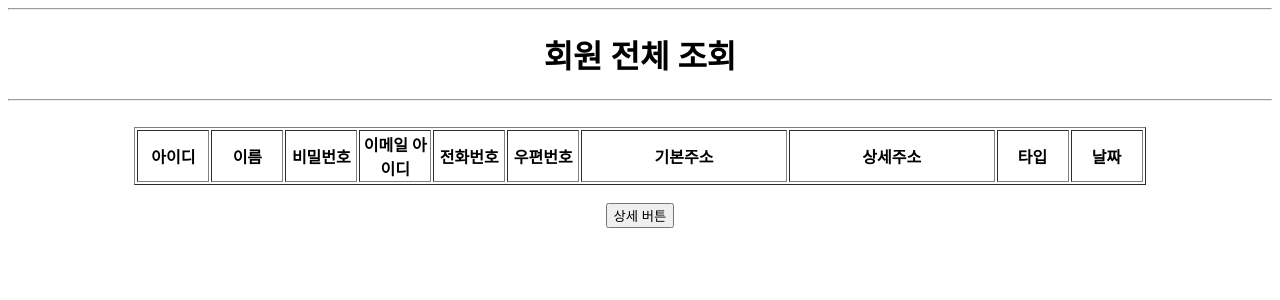
Repository: skim24245/web_workspace_src
Page: http://localhost/Mission-Web/jsp/member/memberlist.jsp
The author's editor kept a copy of each file at every save. The page is drawn from the files as they stood at one save, then again after the next save.
The browser window is 1280 px wide. The pictures show the whole page.
The page is served by Tomcat 9. Other server files are loaded and not shown. Queries for data that is not in the repository find no rows.

Above is the page before, as saved 2022-06-09 07:09:25.

### Mission-Web/src/main/webapp/jsp/member/memberlist.jsp

<%@page import="kr.ac.kopo.member.vo.MemberVO"%>
<%@page import="java.util.List"%>
<%@page import="kr.ac.kopo.member.dao.MemberDAO"%>
<%@page import="kr.ac.kopo.util.JDBCClose"%>
<%@page import="java.sql.ResultSet"%>
<%@page import="java.sql.PreparedStatement"%>
<%@page import="java.sql.Connection"%>
<%@page import="kr.ac.kopo.util.ConnectionFactory"%>
<%@ page language="java" contentType="text/html; charset=UTF-8"
	pageEncoding="UTF-8"%>
<%@taglib prefix="c" uri="http://java.sun.com/jsp/jstl/core" %>

<%--
작업 순서
1. t_member 테이블에서 전체게시글 조회
2. 조회된 게시물을 하나씩 웹브라우저 출력
--%>


<%
MemberDAO dao = new MemberDAO();
List<MemberVO> list = dao.selectAll();
pageContext.setAttribute("list",list);
%>



<!DOCTYPE html>
<html>
<head>
<meta charset="UTF-8">
<title>회원 조회</title>
<script src="/Mission-Web/resource/js/jquery-3.6.0.min.js"></script>
<script>
</script>
</head>
<!-- http://localhost9999/Mission-Web/jsp/board/list.jsp -->
<body>

	<div align="center">
		<hr>
		<h1>회원 전체 조회</h1>
		<hr>
		<br>
		<table border="1" style="width: 80%">
			<tr>
				<th width="7%">아이디</td>
				<th width="7%">이름</th>
				<th width="7%">비밀번호</th>
				<th width="7%">이메일 아이디</th>
				<th width="7%">전화번호</th>
				<th width="7%">우편번호</th>
				<th width="20%">기본주소</th>
				<th width="20%">상세주소</th>
				<th width="7%">타입</th>
				<th width="7%">날짜</th>
			</tr>

			<c:forEach items="${list}" var="member">
			<tr>
			<td><c:out value="${member.id}"/></td>
			<td><c:out value="${member.name }"/></td>
			<td><c:out value="${member.password }"/></td>
			<td><c:out value="${member.email_id }"/></td>
			<td><c:out value="${member.tel1}- ${member.tel2}-${member.tel3}"/></td>
			<td><c:out value="${member.post}"/></td>
			<td><c:out value="${member.basic_addr }"/></td>
			<td><c:out value="${member.detail_addr }"/></td>
			<td><c:out value="${member.type}"/></td>
			<td><c:out value="${member.reg_date}"/></td>
			</tr>

			</c:forEach>


		</table>
		<br>
		<button id="detailBtn">상세   버튼</button>

	</div>


</body>
</html>

### Mission-Web/src/main/java/kr/ac/kopo/member/dao/MemberDAO.java
package kr.ac.kopo.member.dao;

import java.sql.Connection;
import java.sql.PreparedStatement;
import java.sql.ResultSet;
import java.util.ArrayList;
import java.util.List;
import kr.ac.kopo.member.vo.MemberVO;
import kr.ac.kopo.util.ConnectionFactory;
import kr.ac.kopo.util.JDBCClose;

public class MemberDAO {



	//회원 조회
	public List<MemberVO> selectAll(){

		List<MemberVO> list = new ArrayList<MemberVO>();
		Connection conn = null;
		PreparedStatement pstmt = null;


	try {
		conn = new ConnectionFactory().getConnection();
		StringBuilder sql = new StringBuilder();
		sql.append("SELECT ID, NAME , PASSWORD, EMAIL_ID, TEL1,TEL2,TEL3,POST,BASIC_ADDR,DETAIL_ADDR, TYPE, TO_CHAR(reg_date, 'yyyy-mm-dd')as reg_date ");
		sql.append(" from T_MEMBER ");
		sql.append(" order by ID desc");
		pstmt = conn.prepareStatement(sql.toString());

		ResultSet rs = pstmt.executeQuery();


		while(rs.next()){
			String id = rs.getString("ID");
			String name = rs.getString("NAME");
			String password =rs.getString("PASSWORD");
			String email_id =rs.getString("EMAIL_ID");
			String tel1 = rs.getString("TEL1");
			String tel2 =rs.getString("TEL2");
			String tel3 =rs.getString("TEL3");
			String post =rs.getString("POST");
			String basic_addr =rs.getString("BASIC_ADDR");
			String detail_addr=rs.getString("DETAIL_ADDR");
			String type=rs.getString("TYPE");
			String reg_date = rs.getString("reg_date");


			MemberVO member = new MemberVO();
			member.setId(id);
			member.setName(name);
			member.setPassword(password);
			member.setEmail_id(email_id);
			member.setTel1(tel1);
			member.setTel2(tel2);
			member.setTel3(tel3);
			member.setPost(post);
			member.setBasic_addr(basic_addr);
			member.setDetail_addr(detail_addr);
			member.setType(type);
			member.setReg_date(reg_date); //


	list.add(member);
	}
	}catch(Exception e) {
		e.printStackTrace();
	}finally {
		JDBCClose.close(pstmt, conn);
	}
	return list;
	}


	}

### Mission-Web/src/main/java/kr/ac/kopo/util/ConnectionFactory.java
package kr.ac.kopo.util;

import java.sql.Connection;
import java.sql.DriverManager;

public class ConnectionFactory {

	public Connection getConnection() {

			Connection conn = null;

			try {
				Class.forName("oracle.jdbc.driver.OracleDriver");

				String url = "jdbc:oracle:thin:@192.168.119.119:1521:dink";
				String user = "scott";
				String password = "tiger";

				conn = DriverManager.getConnection(url, user, password);
			} catch (Exception e) {
				e.printStackTrace();
			}

			return conn;
		}
	}

### Mission-Web/src/main/java/kr/ac/kopo/util/JDBCClose.java
package kr.ac.kopo.util;

import java.sql.Connection;
import java.sql.SQLException;
import java.sql.Statement;

public class JDBCClose {

	public static void close(Statement stmt, Connection conn) {
		if (stmt != null) {
			try {
				stmt.close();
			} catch (SQLException e) {
				e.printStackTrace();
			}
		}
		if (conn != null) {
			try {
				conn.close();
			} catch (SQLException e) {
				e.printStackTrace();
			}
		}
	}
}

Loaded but not shown: Mission-Web/src/main/webapp/resource/js/jquery-3.6.0.min.js (library)

After the next save:
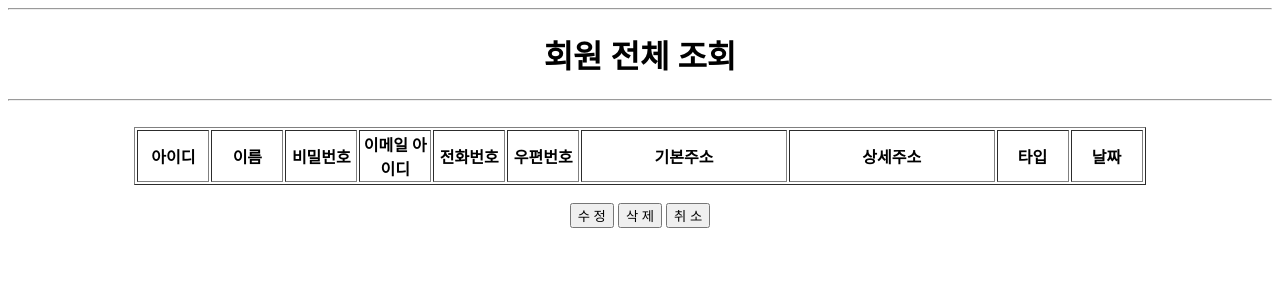
Saved 85 s later.
--- a/Mission-Web/src/main/webapp/jsp/member/memberlist.jsp
+++ b/Mission-Web/src/main/webapp/jsp/member/memberlist.jsp
@@ -76,7 +76,9 @@ pageContext.setAttribute("list",list);
 
 		</table>
 		<br>
-		<button id="detailBtn">상세   버튼</button>
+		<button id="detailBtn">수     정</button>
+		<button id="detailBtn">삭   제</button>
+		<button id="detailBtn">취   소</button>
 
 	</div>
 
